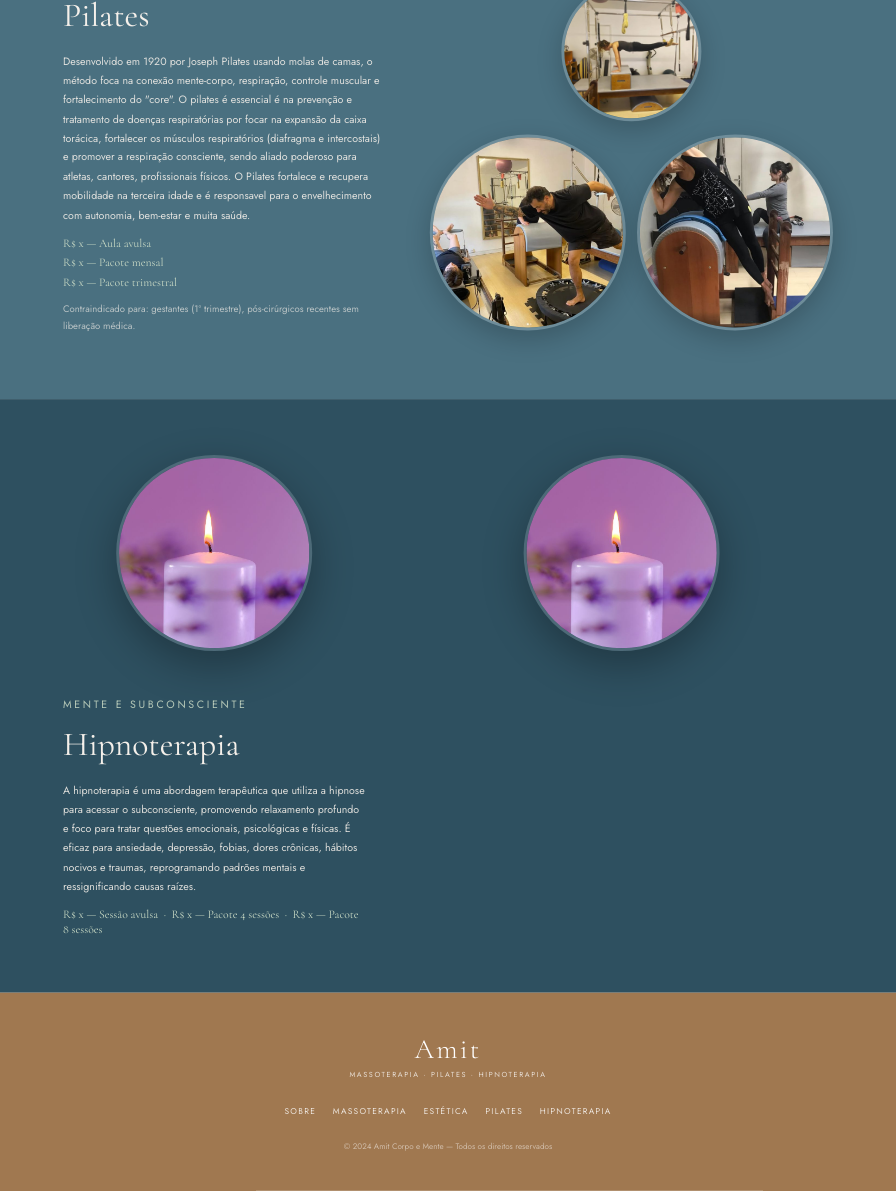
Repository: beatriz-nagae/amit-corpoemente
Page: index.html
An editor plug-in stored every save of this project. The page is shown before and after the next save, followed by the edit.
The browser window is 1280 px wide. The pictures show the part of the page from y = 3493 to 5413 px (the page is 5194 px tall before and 5413 px after), at 70% of full size.
An inner scrolling area shows only its first screen.

Above is the page before, as saved 2026-04-01 16:40:40.

After the next save:
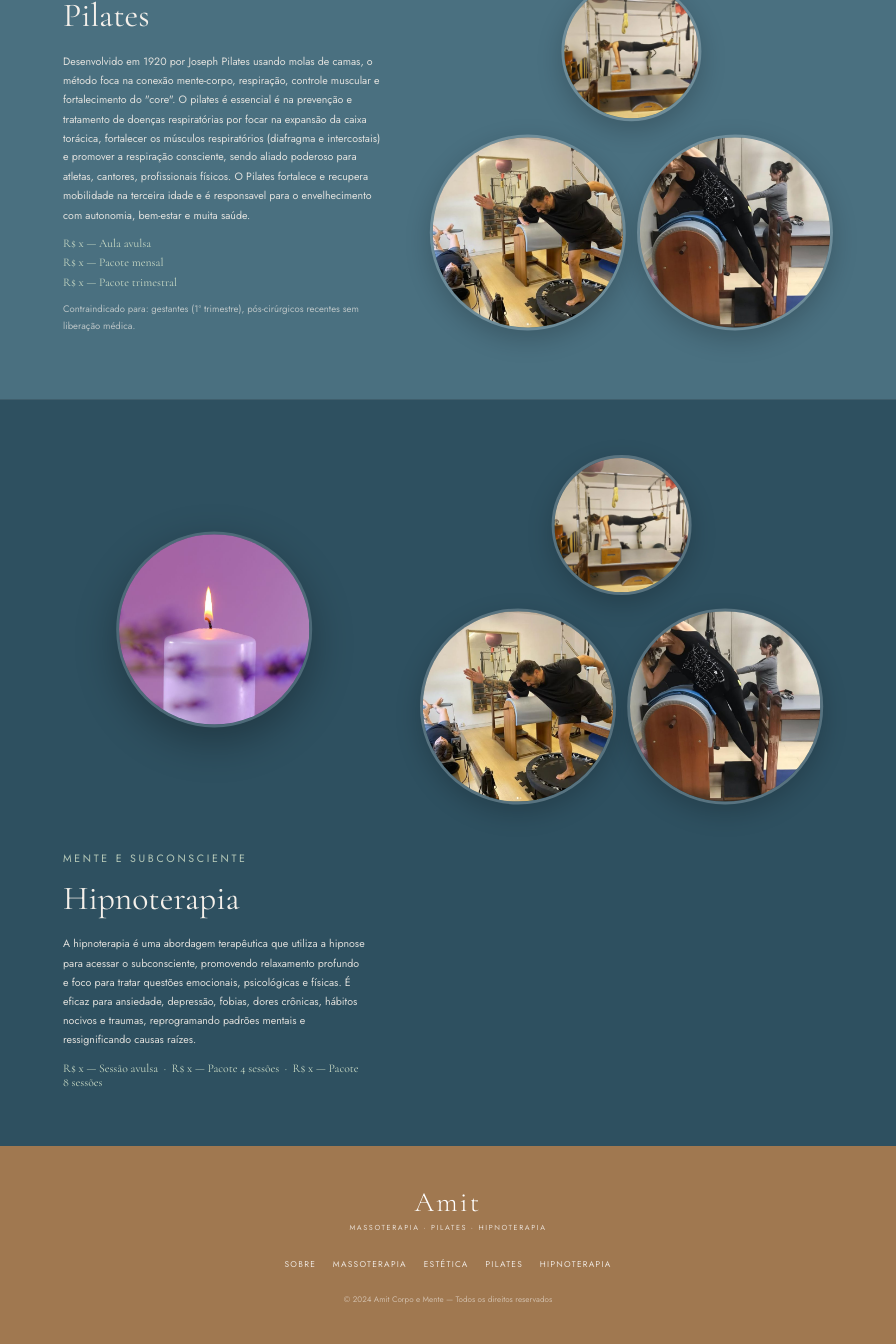
Saved 45 s later.
--- a/index.html
+++ b/index.html
@@ -232,11 +232,21 @@ Finalização com protetor solar.</p>
           </div>
         </div>
 
-         <div class="reveal">
-          <div class="hipno-circle">
-            <img src="assets/img/hipnoterapia/hipno-1.jpg" alt="Hipnoterapia sessão" />
-          </div>
-        </div>
+        <div class="pilates-imgs reveal reveal-delay-1">
+          <div class="pilates-circle">
+            <img src="assets/img/pilates/pilates2.jpg" alt="Pilates aparelho" />
+          </div>
+          <div class="pilates-duo">
+            <div class="pilates-circle">
+              <img src="assets/img/pilates/pilates3.jpg" alt="Pilates solo" />
+            </div>
+            <div class="pilates-circle">
+              <img src="assets/img/pilates/pilates4.jpg" alt="Pilates alongamento" />
+            </div>
+          </div>
+        </div>
+
+
 
         <div class="hipno-text reveal reveal-delay-1">
           <p class="section-label" style="color:var(--sage-light);">Mente e subconsciente</p>
